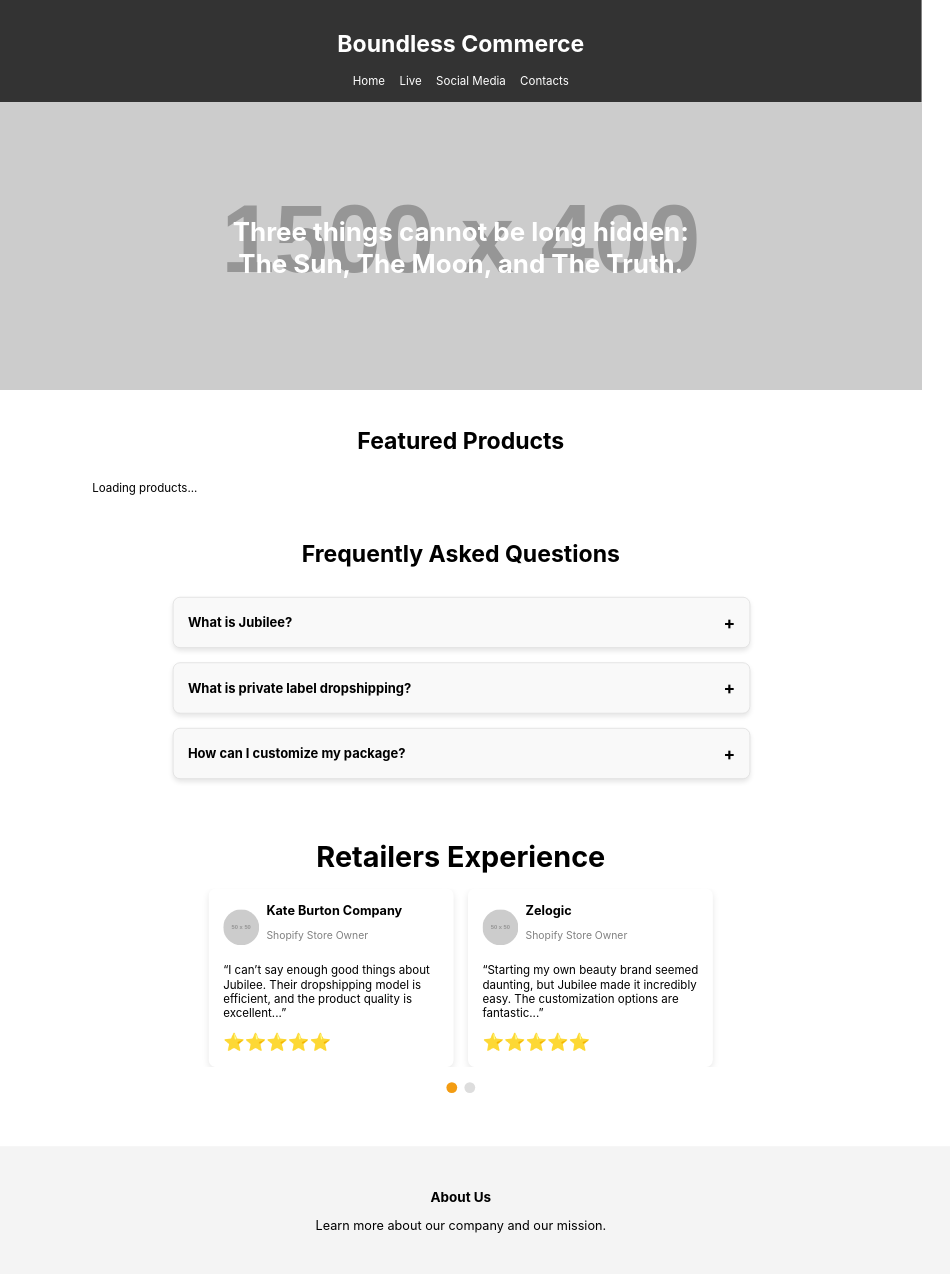
Repository: Nn-Exe/chunar-ecommerce
Page: / (app in ecommerce-frontend/)
An editor plug-in stored every save of this project. The page is shown before and after the next save, followed by the edit.
The browser window is 1280 px wide. The page is 1320 px wide, so the pictures cover 1320 px, including what lies to the right of the window. The pictures show the whole page, at 72% of full size.
The page's requests for data from a server got no answer. The project was rebuilt for these pictures with package versions that can differ from the ones it lists, and the page was loaded fresh each time. No one was signed in, and anything a server would have sent is missing.

Above is the page before, as saved 2024-09-11 15:17:37.

### ecommerce-frontend/src/App.js
import React, { useState, useEffect } from 'react';
import './App.css';
import { BrowserRouter as Router, Route, Routes } from 'react-router-dom';  // Importing React Router
import Navbar from './components/Navbar';  // Correct way to import default export
import HeroSection from './components/HeroSection';  // Correct way to import default export
import ProductList from './components/ProductList';  // Correct way to import default export
import Faq from './components/Faq';  // Import the Faq component from the components folder
import TestimonialCarousel from './components/TestimonialCarousel';


// Home page component (the default view)
function Home({ products }) {
  return (
    <div className="home-page">
      {/* Hero Section */}
      <div className="hero-container">
        <HeroSection />
      </div>

      {/* Featured Products Section */}
      <section className="products-section">
        <div className="section-header">
          <h2>Featured Products</h2>
        </div>

        <div className="product-grid">
          <ProductList products={products} />
        </div>
      </section>

      <br />

      {/* FAQ Section */}
      <Faq />  {/* Using the imported Faq component */}

      <TestimonialCarousel />

      {/* Add more sections here */}

      <br />

      <section className="about-section">
        <div className="about-content">
          <h3>About Us</h3>
          <p>Learn more about our company and our mission.</p>
        </div>
      </section>
    </div>
  );
}

// Other page components
function Live() {
  return <h2>Live Page</h2>;
}

function Contacts() {
  return <h2>Contacts Page</h2>;
}

function SocialMedia() {
  // External link can be opened using an anchor tag, so no need for a separate page.
  window.location.href = "https://linktr.ee/chunar.co";  // Redirect to external social media page
  return null;
}

function App() {
  const [products, setProducts] = useState([]);

  useEffect(() => {
    fetch('http://localhost:5000/api/products')
      .then((response) => response.json())
      .then((data) => setProducts(data))
      .catch((error) => console.error('Error fetching products:', error));
  }, []);

  return (
    <Router>
      <div className="App">
        <header className="App-header">
          <h1>Boundless Commerce</h1>
          <Navbar />
        </header>

        <Routes>
          {/* Home page route */}
          <Route path="/" element={<Home products={products} />} />

          {/* Other pages */}
          <Route path="/live" element={<Live />} />
          <Route path="/contacts" element={<Contacts />} />

          {/* Redirect to external social media link */}
          <Route path="/social-media" element={<SocialMedia />} />
        </Routes>
      </div>
    </Router>
  );
}

export default App;

### ecommerce-frontend/src/App.css
/* ------------- Main Structure ------------ */

.App-header {
  background-color: #333;
  color: white;
  padding: 20px;
  text-align: center;
}

nav ul {
  list-style-type: none;
  padding: 0;
  margin: 0;
  display: flex;
  justify-content: center;
  gap: 20px;
}

nav ul li a {
  color: white;
  text-decoration: none;
  font-size: 16px;
}

.hero {
  position: relative;
  text-align: center;
}

.hero-banner {
  width: 100%;
  height: 400px;
  object-fit: cover;
}

.hero-text {
  position: absolute;
  top: 50%;
  left: 50%;
  transform: translate(-50%, -50%);
  color: white;
  font-size: 24px;
  font-weight: bold;
}

.products {
  padding: 40px;
  text-align: center;
}

.product-list {
  display: grid;
  grid-template-columns: repeat(5, 1fr);
  gap: 20px;
}

.product-card {
  border: 1px solid #ddd;
  padding: 20px;
  text-align: center;
  transition: transform 0.3s;
}

.product-card img {
  max-width: 100%;
  height: auto;
  margin-bottom: 10px;
}

.product-card:hover {
  transform: scale(1.05);
}


.product-card img {
  width: 200px;
  height: 200px;
  object-fit: cover;   /* Ensures the image covers the given area */
  border-radius: 10px; /* Optional: adds rounded corners */
}



/* ----------- Home Div -------------- */

/* App.css */

.home-page {
  display: flex;
  flex-direction: column;
  align-items: center;
}

/* Hero Section */
.hero-container {
  width: 100%;
  margin-bottom: 20px;
}

/* Products Section */
.products-section {
  width: 80%;
  margin: 0 auto;
}

.section-header h2 {
  text-align: center;
  font-size: 2rem;
  margin-bottom: 20px;
}

/* Product Grid
.product-grid {
  display: grid;
  grid-template-columns: repeat(3, 1fr);
  gap: 20px;
}

.product-card {
  border: 1px solid #ddd;
  padding: 20px;
  text-align: center;
} */

/* About Section */
.about-section {
  background-color: #f4f4f4;
  padding: 40px;
  width: 100%;
  text-align: center;
}

.about-section h3 {
  margin-bottom: 10px;
}

.about-section p {
  font-size: 1.1rem;
}


/* ----------- FAQ Section ---------------- */


/* Center the FAQ section */
.faq-section {
  max-width: 800px; /* Set a larger max-width for the entire FAQ section */
  width: 100%;      /* Ensure it takes up 100% of the available width */
  margin: 0 auto;   /* Center the FAQ section on the page */
  text-align: center;
}

/* Style the header separately */
.faq-section h2 {
  font-size: 32px;
  margin-bottom: 40px;
}

/* Grid layout for the FAQ items (excluding the header) */
.faq-items {
  display: grid;
  grid-template-columns: 1fr; /* One column layout */
  gap: 20px; /* Space between the FAQ items */
}

/* Style each FAQ item */
.faq-item {
  border: 1px solid #ddd;
  border-radius: 10px;
  width: 100%; /* Make the FAQ item take up 100% of the container */
  background-color: #f9f9f9;
  box-shadow: 0 4px 8px rgba(0, 0, 0, 0.1);
  transition: background-color 330ms ease-in-out, box-shadow 330ms ease-in-out;
  overflow: hidden; /* Ensure content is hidden initially */
}

/* Box hover effect */
.faq-item:hover {
  box-shadow: 0 6px 12px rgba(0, 0, 0, 0.1);
  background-color: #f1f1f1;
}

/* Active FAQ item */
.faq-item.active {
  background-color: #ececec;
}

/* Style the FAQ question (clickable area) */
.faq-question {
  padding: 20px;
  cursor: pointer;
  display: flex;
  justify-content: space-between;
  align-items: center;
  font-weight: bold;
  font-size: 18px;
  width: 100%; /* Full width for the question area */
  box-sizing: border-box;
}

/* Style the FAQ answer */
.faq-answer {
  padding: 0 20px;
  overflow: hidden;
  max-height: 0;
  opacity: 0;
  transition: max-height 0.5s ease, opacity 0.5s ease;
  width: 100%; /* Full width for the answer area */
  box-sizing: border-box;
}

/* When the FAQ item is active, show the answer with a smooth transition */
.faq-item.active .faq-answer {
  max-height: 500px;
  opacity: 1;
  padding-bottom: 20px;
}

/* Style the icon for toggling */
.icon {
  font-size: 24px;
  font-weight: bold;
  transition: transform 0.3s ease;
}

.faq-item.active .icon {
  transform: rotate(45deg);
}

/* -----------  TestimonialCarousel ------------- */

/* Style for the testimonial section */
.testimonial-section {
  text-align: center;
  max-width: 800px;
  margin: 0 auto;
  padding: 50px 0;
}

.testimonial-section h2 {
  font-size: 2.5rem;
  margin-bottom: 20px;
}

/* Carousel container */
.carousel {
  display: flex;
  overflow: hidden;
  justify-content: center;
  scroll-behavior: smooth;
  transition: transform 0.4s ease-in-out;
  max-width: 100%; /* Ensure full width */
  margin: 0 auto;
}

/* Testimonial card styling */
.testimonial-card {
  width: 300px;
  background-color: #fff;
  padding: 20px;
  margin: 0 10px;
  border-radius: 10px;
  box-shadow: 0 4px 10px rgba(0, 0, 0, 0.1);
  text-align: left;
}

.profile {
  display: flex;
  align-items: center;
}

.profile img {
  border-radius: 50%;
  margin-right: 10px;
}

.profile-details h4 {
  font-size: 1.1rem;
  margin: 0;
}

.profile-details p {
  font-size: 0.9rem;
  color: gray;
}

.stars {
  font-size: 1.5rem;
  color: #f39c12;
  margin-top: 10px;
}

/* Navigation dots */
.dots {
  margin-top: 20px;
}

.dot {
  height: 15px;
  width: 15px;
  margin: 0 5px;
  background-color: #ddd;
  border-radius: 50%;
  display: inline-block;
  cursor: pointer;
}

.active {
  background-color: #f39c12;
}

### ecommerce-frontend/src/components/Navbar.js
import React from 'react';
import { Link } from 'react-router-dom';

function Navbar() {
  return (
    <nav>
      <ul>
        <li><Link to="/">Home</Link></li>  {/* Links to the home page */}
        <li><Link to="/live">Live</Link></li>  {/* Links to the live page */}
        <li><a href="https://linktr.ee/chunar.co" target="_blank" rel="noopener noreferrer">Social Media</a></li> {/* Opens external link in new tab */}
        <li><Link to="/contacts">Contacts</Link></li>  {/* Links to the contacts page */}
      </ul>
    </nav>
  );
}

export default Navbar;

### ecommerce-frontend/src/components/HeroSection.js
import React from 'react';

function HeroSection() {
  return (
    <section className="hero">
      <img src="https://via.placeholder.com/1500x400" alt="Banner" className="hero-banner" />
      <div className="hero-text">
        <h2>Three things cannot be long hidden: The Sun, The Moon, and The Truth.</h2>
      </div>
    </section>
  );
}

export default HeroSection;  // Ensure you have this line

### ecommerce-frontend/src/components/ProductList.js
import React from 'react';

function ProductList({ products }) {
  return (
    <div className="product-list">
      {products.length === 0 ? (
        <p>Loading products...</p>
      ) : (
        products.map((product) => (
          <div key={product.id} className="product-card">
              <img
                src={product.image}
                alt={product.name}
                className="product-image"
              />
            <h3>{product.name}</h3>
            <p>{product.description}</p>
            <p>${product.price}</p>
          </div>
        ))
      )}
    </div>
  );
}

export default ProductList;

### ecommerce-frontend/src/components/Faq.js
import React, { useState } from 'react';

const Faq = () => {
  const [activeIndex, setActiveIndex] = useState(null);

  const toggleFaq = (index) => {
    setActiveIndex(activeIndex === index ? null : index);
  };

  return (
    <div className="faq-section">
      <h2>Frequently Asked Questions</h2>

      <div className="faq-items"> {/* Grid layout for the items */}
        <div className={`faq-item ${activeIndex === 0 ? 'active' : ''}`}>
          <div className="faq-question" onClick={() => toggleFaq(0)}>
            <span>What is Jubilee?</span>
            <span className="icon">{activeIndex === 0 ? '-' : '+'}</span>
          </div>
          {activeIndex === 0 && (
            <div className="faq-answer">
              <p>Jubilee is a dropshipping marketplace that lets you build your own cosmetic and skincare line with minimal upfront costs...</p>
            </div>
          )}
        </div>

        <div className={`faq-item ${activeIndex === 1 ? 'active' : ''}`}>
          <div className="faq-question" onClick={() => toggleFaq(1)}>
            <span>What is private label dropshipping?</span>
            <span className="icon">{activeIndex === 1 ? '-' : '+'}</span>
          </div>
          {activeIndex === 1 && (
            <div className="faq-answer">
              <p>Private label dropshipping allows you to sell products from suppliers with your own branding...</p>
            </div>
          )}
        </div>

        <div className={`faq-item ${activeIndex === 2 ? 'active' : ''}`}>
          <div className="faq-question" onClick={() => toggleFaq(2)}>
            <span>How can I customize my package?</span>
            <span className="icon">{activeIndex === 2 ? '-' : '+'}</span>
          </div>
          {activeIndex === 2 && (
            <div className="faq-answer">
              <p>Private labeling is a great way to showcase your brand...</p>
            </div>
          )}
        </div>
      </div>
    </div>
  );
};

export default Faq;

### ecommerce-frontend/src/components/TestimonialCarousel.js
import React, { useState } from 'react';

const TestimonialCarousel = () => {
  const [currentSlide, setCurrentSlide] = useState(0);

  const testimonials = [
    {
      name: 'Kate Burton Company',
      title: 'Shopify Store Owner',
      text: '“I can’t say enough good things about Jubilee. Their dropshipping model is efficient, and the product quality is excellent...”',
      stars: 5,
    },
    {
      name: 'Zelogic',
      title: 'Shopify Store Owner',
      text: '“Starting my own beauty brand seemed daunting, but Jubilee made it incredibly easy. The customization options are fantastic...”',
      stars: 5,
    },
    // Add more testimonials here if needed
  ];

  // Function to move the slides
  const moveSlide = (index) => {
    setCurrentSlide(index);
  };

  return (
    <div className="testimonial-section">
      <h2>Retailers Experience</h2>
      <div className="carousel">
        {testimonials.map((testimonial, index) => (
          <div
            key={index}
            className="testimonial-card"
            style={{
              transform: `translateX(-${currentSlide * 320}px)`, // Slide the cards
            }}
          >
            <div className="profile">
              <img
                src="https://via.placeholder.com/50"
                alt="Profile"
              />
              <div className="profile-details">
                <h4>{testimonial.name}</h4>
                <p>{testimonial.title}</p>
              </div>
            </div>
            <p>{testimonial.text}</p>
            <div className="stars">
              {'⭐'.repeat(testimonial.stars)}
            </div>
          </div>
        ))}
      </div>

      {/* Dots for navigation */}
      <div className="dots">
        {testimonials.map((_, index) => (
          <span
            key={index}
            className={`dot ${index === currentSlide ? 'active' : ''}`}
            onClick={() => moveSlide(index)}
          ></span>
        ))}
      </div>
    </div>
  );
};


export default TestimonialCarousel;

Loaded but not shown: ecommerce-frontend/public/index.html (common file); ecommerce-frontend/src/index.js (common file); ecommerce-frontend/src/index.css (common file); ecommerce-frontend/src/reportWebVitals.js (common file)

After the next save:
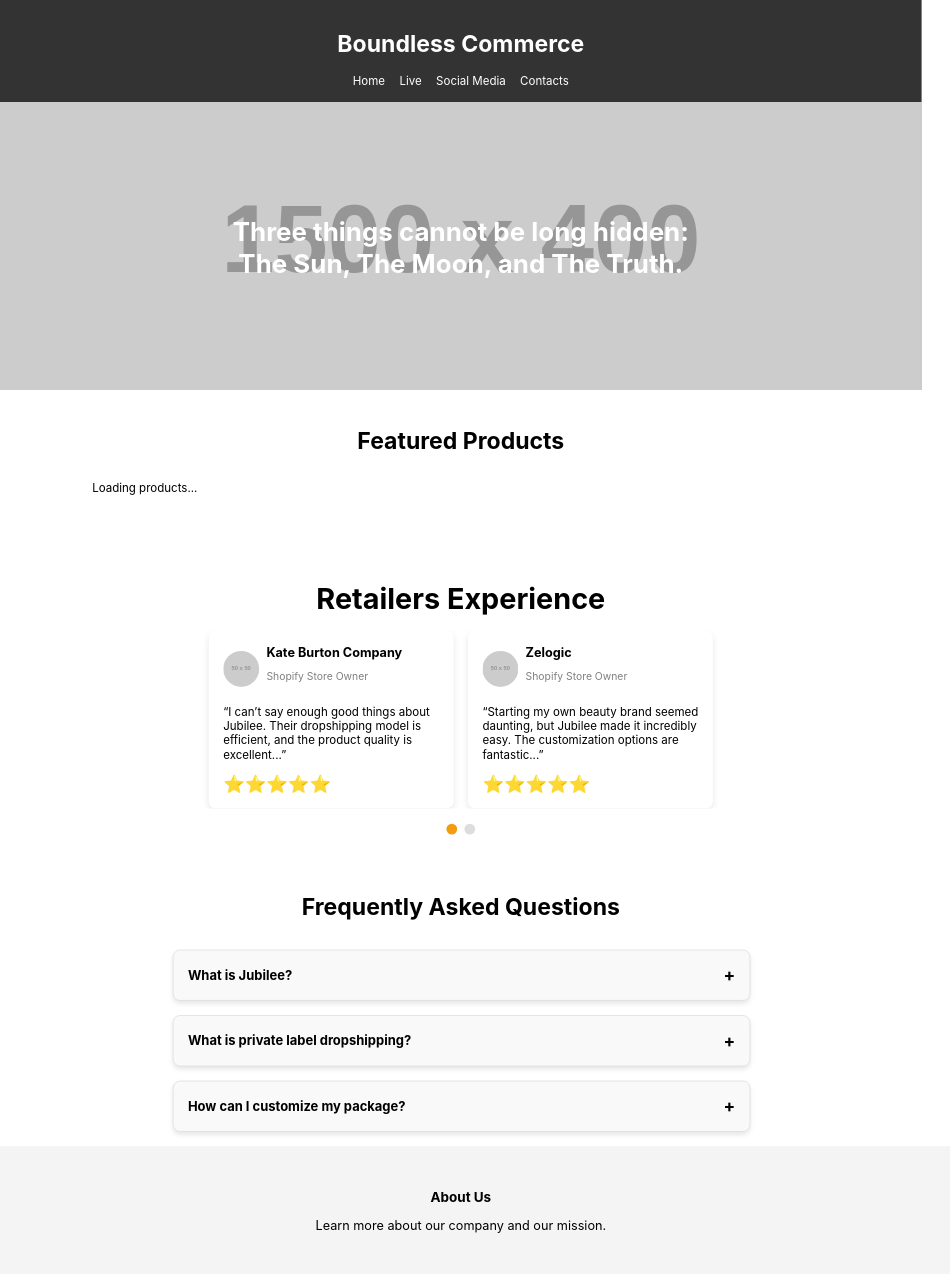
Saved 44 s later.
--- a/ecommerce-frontend/src/App.js
+++ b/ecommerce-frontend/src/App.js
@@ -31,9 +31,9 @@ function Home({ products }) {
       <br />
 
       {/* FAQ Section */}
-      <Faq />  {/* Using the imported Faq component */}
 
       <TestimonialCarousel />
+      <Faq />  {/* Using the imported Faq component */}
 
       {/* Add more sections here */}
 
